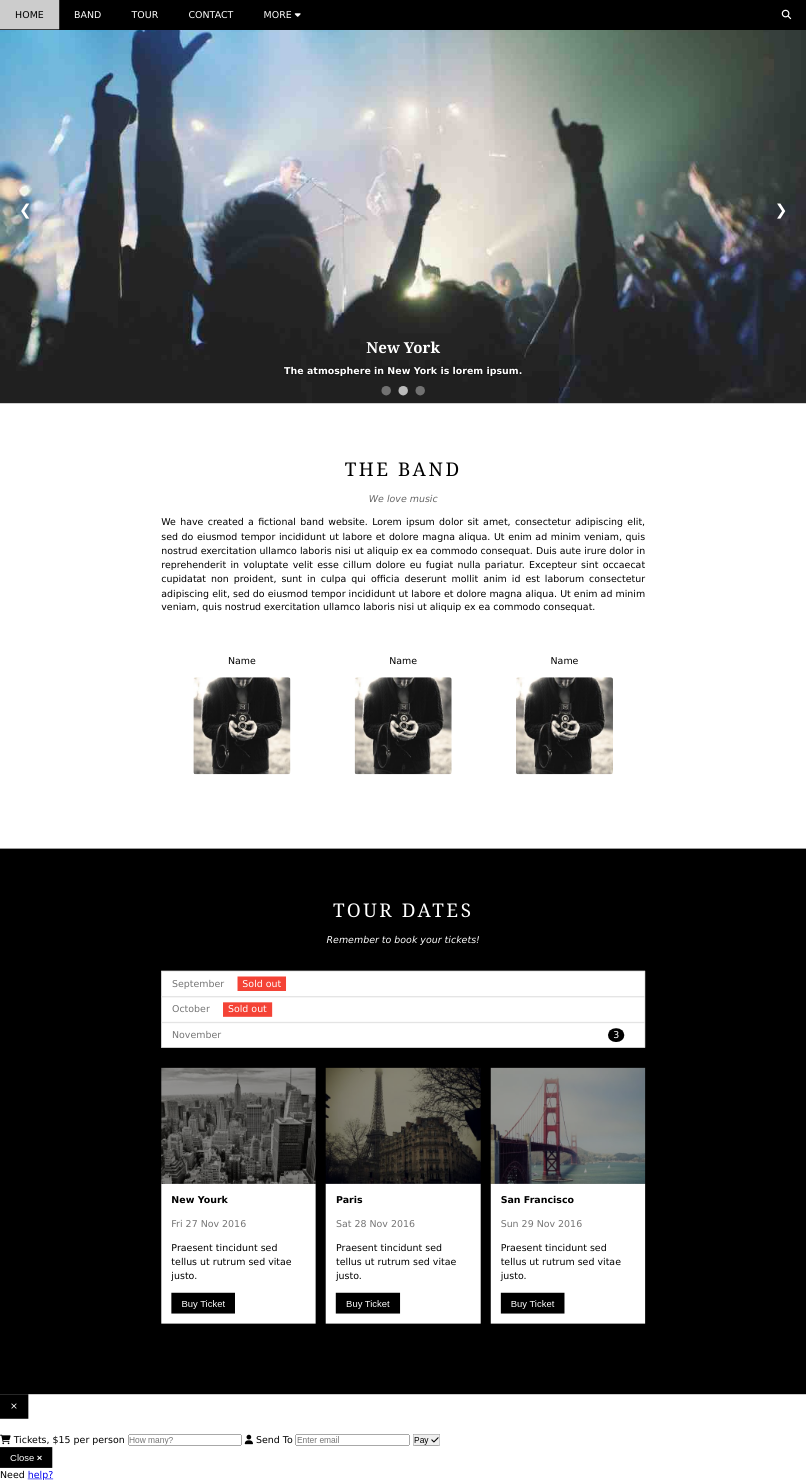
Repository: tam1512/The-Band
Page: index.html
These files come from the project's save history. The page is drawn as it stood at one moment and after the next save; the edit follows.
The browser window is 1280 px wide. The pictures show the whole page, at 63% of full size.
Some web libraries are served in a nearby version.

Above is the page before, as saved 2022-07-24 09:55:29.

After the next save:
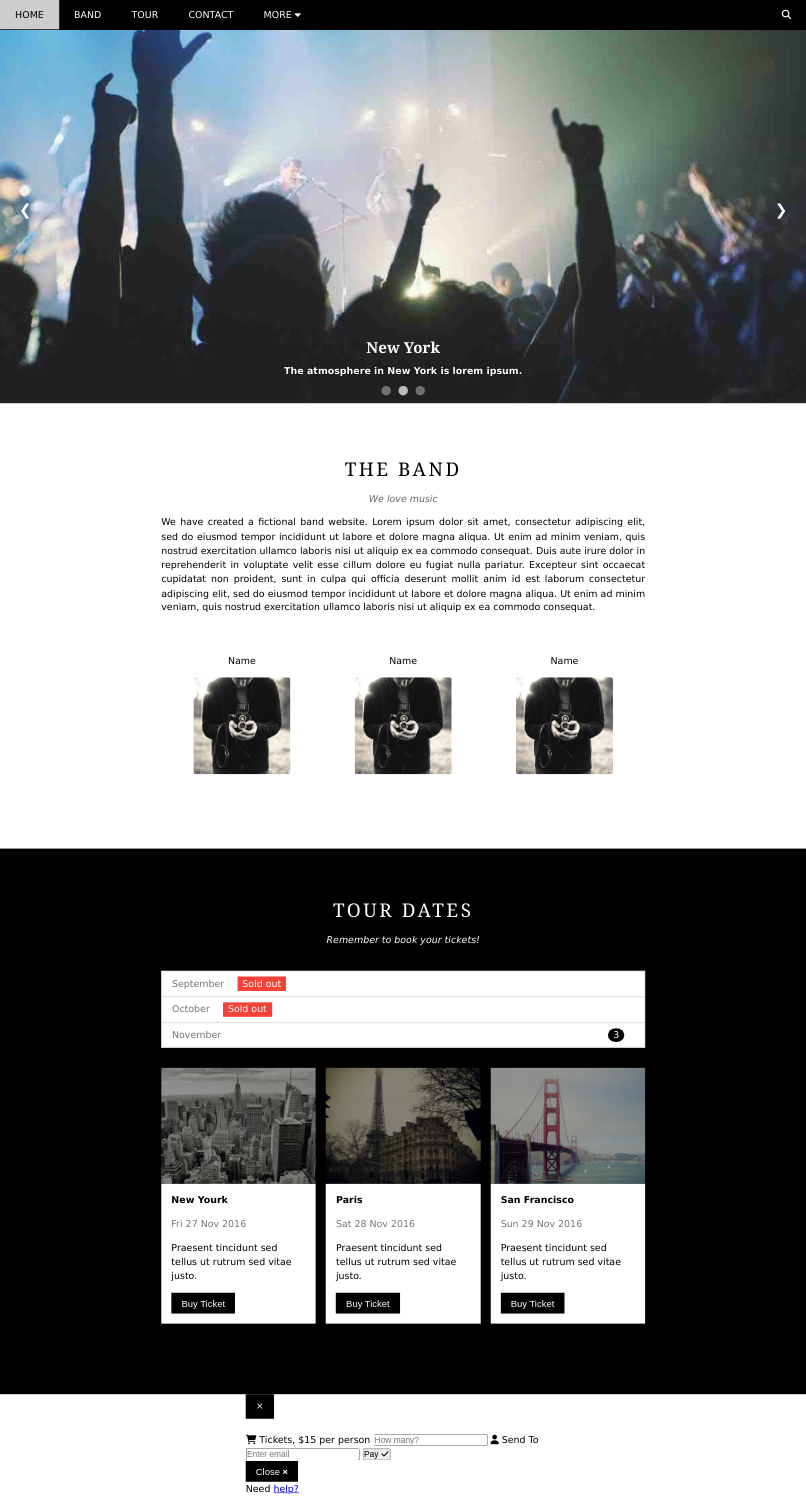
Saved 14 s later.
--- a/assets/css/style.css
+++ b/assets/css/style.css
@@ -385,7 +385,7 @@ li.header_nav_dropdown {
 }
 
 /* ticket modal */
-.ticket-modal {
+#ticket-modal {
   position: relative;
   width: 500px;
   margin: auto;
